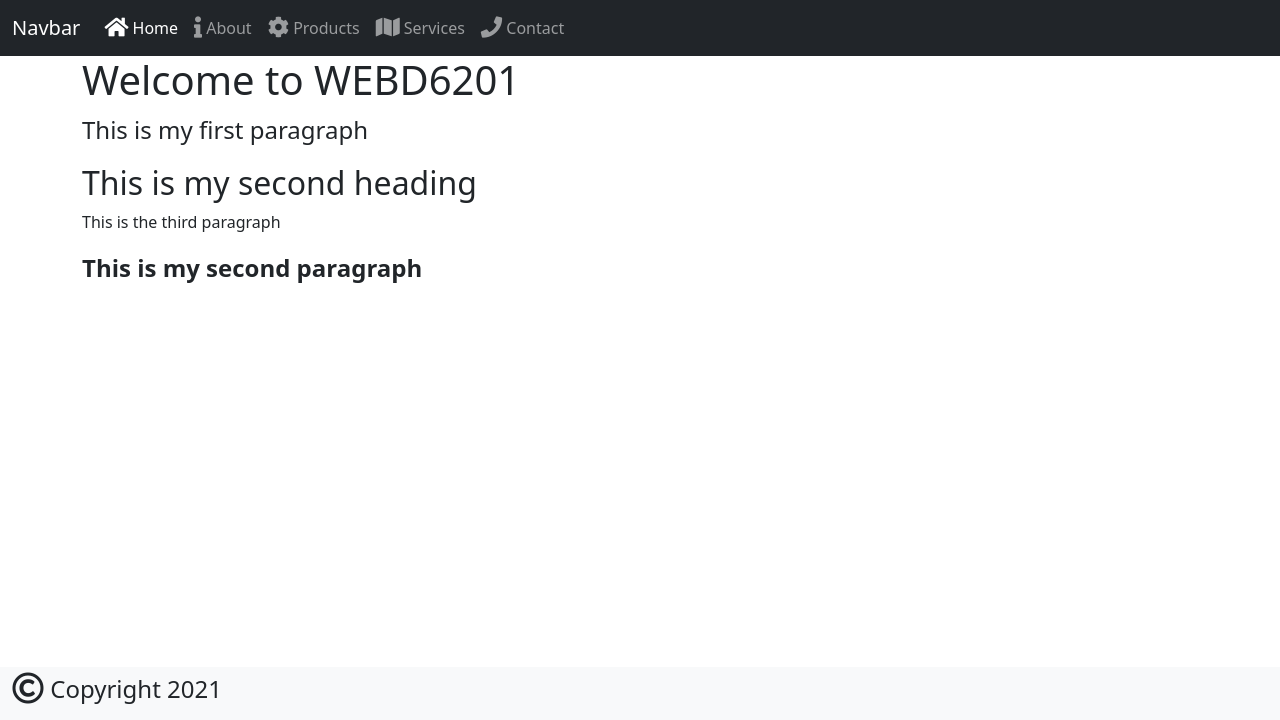
Repository: evanpalmer002/WEBD6201-ICE4
Page: index.html
The author's editor kept a copy of each file at every save. The page is drawn from the files as they stood at one save, then again after the next save.
The browser window is 1280 px wide. The pictures show the whole page.

Above is the page before, as saved 2021-01-20 15:47:12.

### index.html
<!DOCTYPE html>
<html lang="en">
<head>
    <meta charset="UTF-8">
    <meta name="viewport" content="width=device-width, initial-scale=1.0">
    <title>WEBD6201 - ICE 1</title>
    <!-- CSS Section -->
    <link rel="stylesheet" href="./node_modules/bootstrap/dist/css/bootstrap.min.css">
    <link rel="stylesheet" href="./node_modules/@fortawesome//fontawesome-free/css/all.min.css">
    <link rel="stylesheet" href="./Content/app.css">
</head>
<body>
    <!-- Main Navigation -->
    <header>
        <nav class="navbar navbar-expand-lg navbar-dark bg-dark justify-content-end">
            <div class="container-fluid">
              <a class="navbar-brand" href="#">Navbar</a>
              <button class="navbar-toggler" type="button" data-bs-toggle="collapse" data-bs-target="#navbarSupportedContent" aria-controls="navbarSupportedContent" aria-expanded="false" aria-label="Toggle navigation">
                <span class="navbar-toggler-icon"></span>
              </button>
              <div class="collapse navbar-collapse" id="navbarSupportedContent">

                <ul class="navbar-nav">

                  <li class="nav-item">
                    <a class="nav-link active" aria-current="page" href="#"><i class="fas fa-home fa-lg"></i> Home</a>
                  </li>

                  <li class="nav-item">
                    <a class="nav-link" href="#"><i class="fas fa-info fa-lg"></i> About</a>
                  </li>

                  <li class="nav-item">
                    <a class="nav-link" href="#"><i class="fas fa-cog fa-lg"></i> Products</a>
                  </li>

                  <li class="nav-item">
                    <a class="nav-link" href="#"><i class="fas fa-map fa-lg"></i> Services</a>
                  </li>

                  <li class="nav-item">
                    <a class="nav-link" href="#"><i class="fas fa-phone fa-lg"></i> Contact</a>
                  </li>

                </ul>
              </div>
            </div>
          </nav>
    </header>

    <main class="container">
        <h1>Welcome to WEBD6201</h1>
        <p id="paragraphOne" class="fs-4"></p>
    </main>

    <footer>
        <nav class="navbar fixed-bottom navbar-light bg-light">
            <div class="container-fluid">
              <h4><i class="far fa-copyright fa-lg"></i> Copyright 2021</h4>
            </div>
          </nav>
    </footer>

    <!-- JavaScript Section -->
    <script src="./node_modules/jquery/dist/jquery.min.js"></script>
    <script src="./node_modules/bootstrap/dist/js/bootstrap.bundle.min.js"></script>
    <script src="./Scripts/app.js"></script>
</body>
</html>

### Scripts/app.js
/*custon javascript  goes here */

// - Immediately invoked function Expression

(function()
{
    "use strict";
    function Start()
    {
        console.log("App Started...");


        let paragraphOneContent = "This is my first paragraph"
        //Selection
        let paragraphOne = document.getElementById("paragraphOne");
        paragraphOne.textContent = paragraphOneContent;

        //Step 1 Create a new element
        let paragraphTwo = document.createElement("p");
        //Step 2 Configure the new element
        paragraphTwo.setAttribute("id", "paragraphTwo");
        paragraphTwo.textContent = "This is my second paragraph";
        paragraphTwo.className = "fs-4 fw-bold";
        //Step 3 Target the parent element
        let mainContent = document.querySelector("main");
        //Step 4 Append the new element to the parent
        mainContent.appendChild(paragraphTwo);

        let newDivTag = document.createElement("div");
        newDivTag.innerHTML =
        `<h2>This is my second heading</h2>
        <p #id = paragraphThree> This is the third paragraph </p>`;


        //mainContent.append(newDivTag);

        paragraphOne.after(newDivTag);
    }

    window.addEventListener("load", Start);
})();

Loaded but not shown: node_modules/bootstrap/dist/css/bootstrap.min.css (library); node_modules/@fortawesome/fontawesome-free/css/all.min.css (library); node_modules/jquery/dist/jquery.min.js (library); node_modules/bootstrap/dist/js/bootstrap.bundle.min.js (library); Content/app.css (no copy from this time; the picture is the same without it)

After the next save:
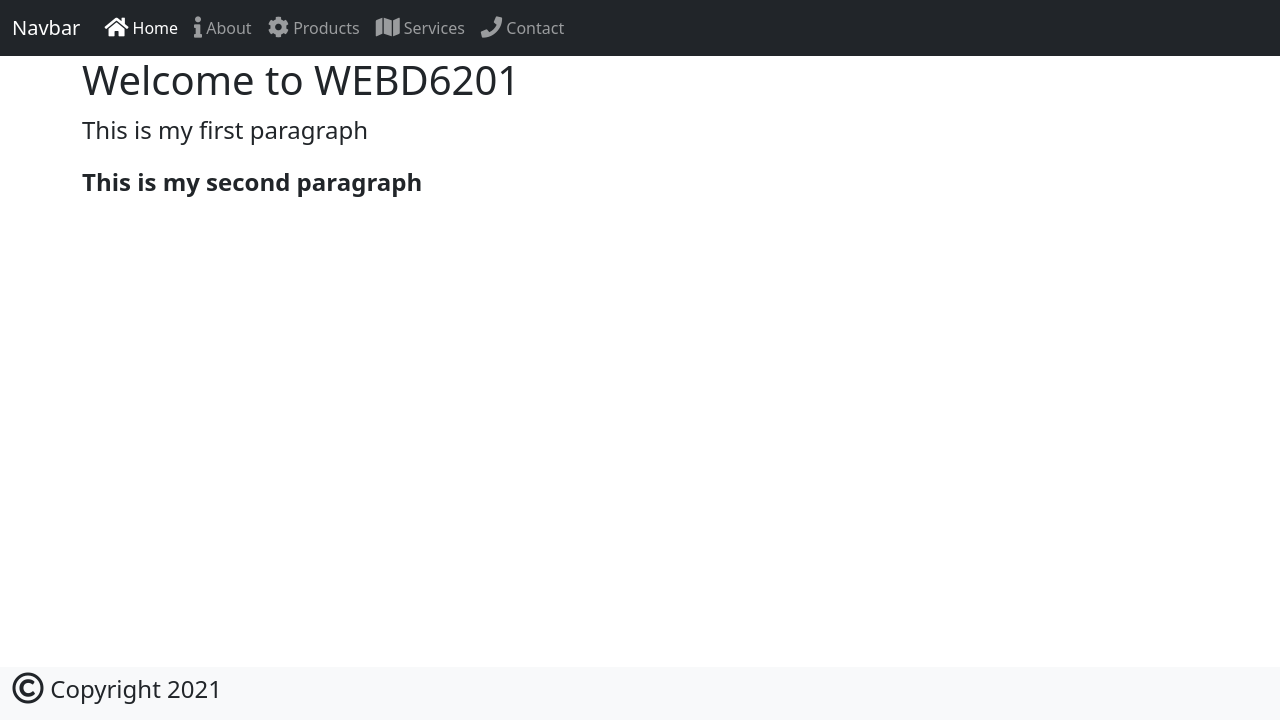
Console error (its wording comes from the project's code and is left out).
Saved 4 min 23 s later.
--- a/Scripts/app.js
+++ b/Scripts/app.js
@@ -34,7 +34,12 @@
 
         //mainContent.append(newDivTag);
 
-        paragraphOne.after(newDivTag);
+        //paragraphOne.after(newDivTag);
+
+        //paragraphOne.before(newDivTag);
+
+        paragraphOne.insertBefore(newDivTag, paragraphOne);
+
     }
 
     window.addEventListener("load", Start);

After the save that followed:
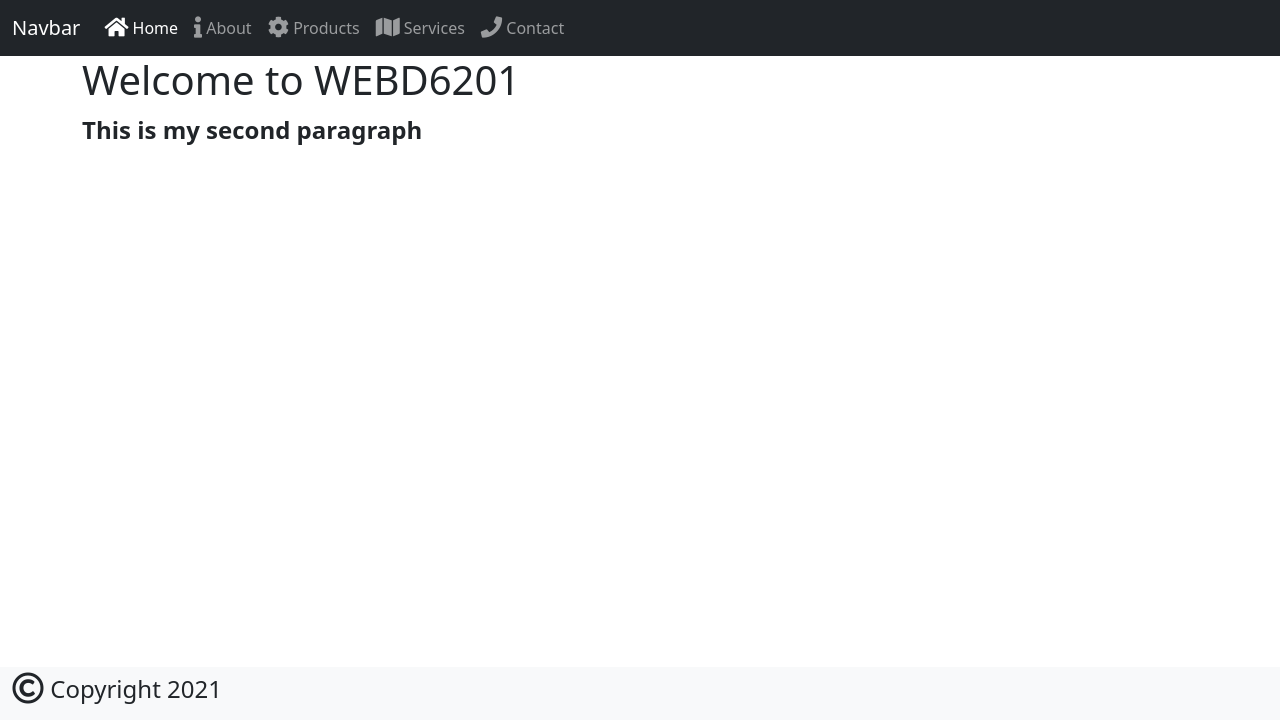
The error is gone.
Saved 3 min 24 s later.
--- a/Scripts/app.js
+++ b/Scripts/app.js
@@ -38,8 +38,7 @@
 
         //paragraphOne.before(newDivTag);
 
-        paragraphOne.insertBefore(newDivTag, paragraphOne);
-
+        mainContent.removeChild(paragraphOne);
     }
 
     window.addEventListener("load", Start);
